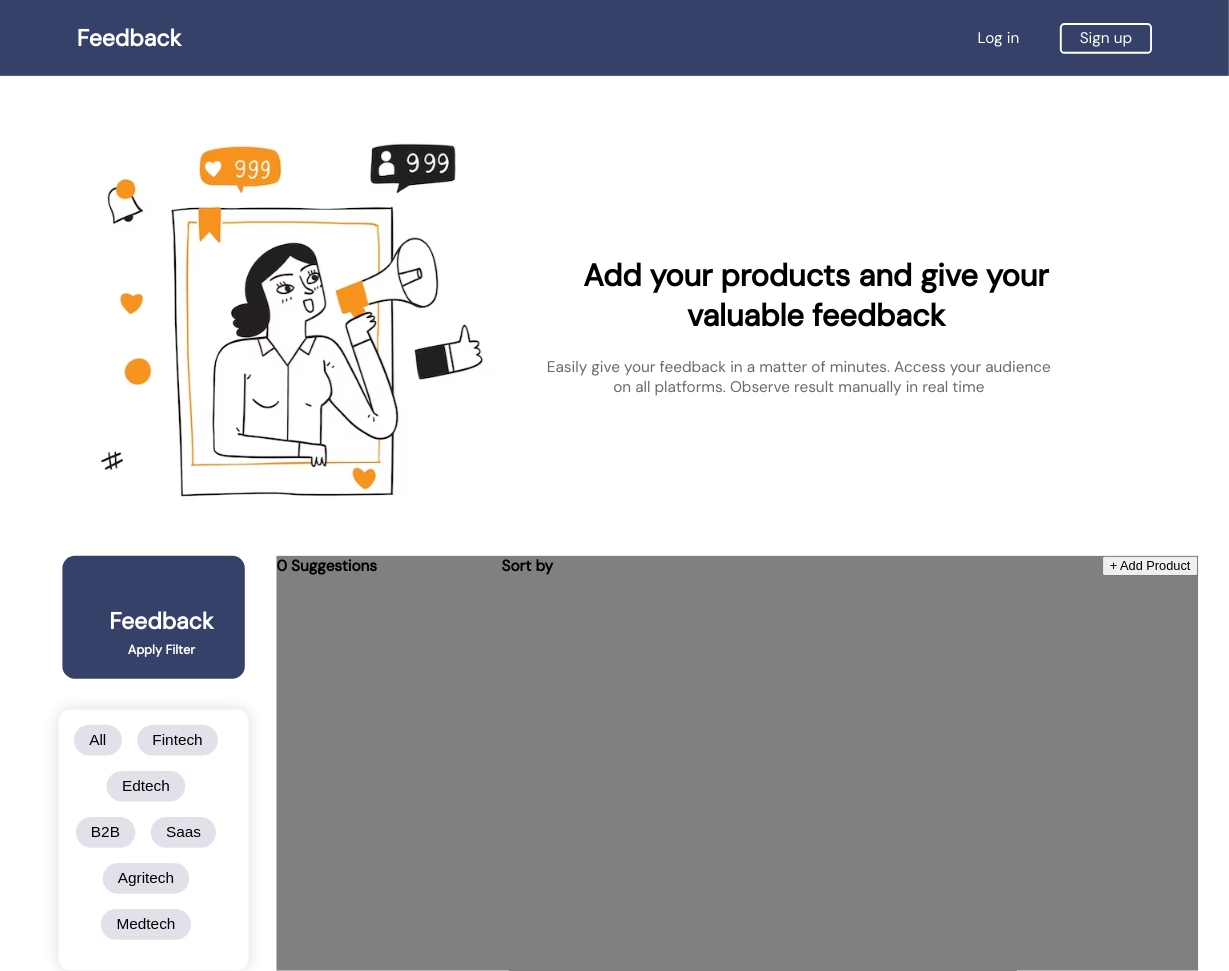
Repository: drumsmanku/final-evaluation-test
Page: / (app in client/)
An editor plug-in stored every save of this project. The page is shown before and after the next save, followed by the edit.
The browser window is 1280 px wide. The pictures show the whole page, at 96% of full size.
The page's requests for data from a server got no answer. The project was rebuilt for these pictures with package versions that can differ from the ones it lists, and the page was loaded fresh each time. No one was signed in, and anything a server would have sent is missing.

Above is the page before, as saved 2023-07-29 14:27:15.

After the next save:
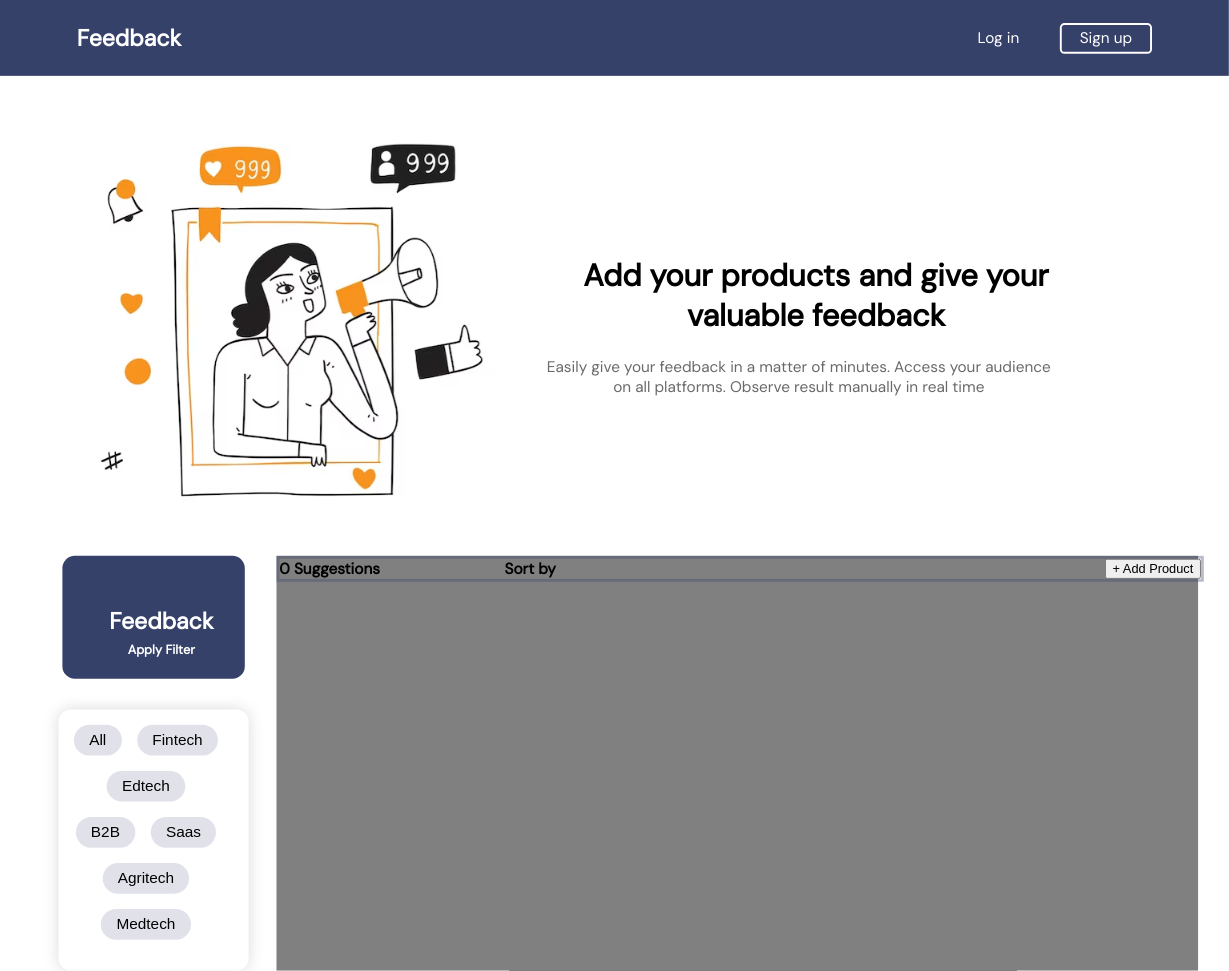
Saved 20 s later.
--- a/client/src/CSS/MainPage.css
+++ b/client/src/CSS/MainPage.css
@@ -72,5 +72,6 @@ body{
   width: 100%;
   display: flex;
   justify-content: space-between;
+  border: 3px solid #36416A59;
 
 }
